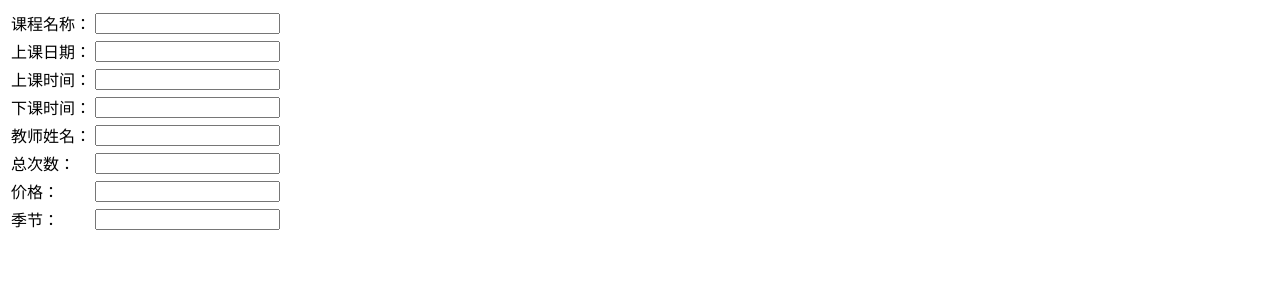
Repository: arkulo56/codeLibrary
Page: http://localhost/firstWeb/addCourse.jsp
These files come from the project's save history. The page is drawn as it stood at one moment and after the next save; the edit follows.
The browser window is 1280 px wide. The pictures show the whole page.
The page is served by Tomcat 9. Other server files are loaded and not shown.

Above is the page before, as saved 2016-04-21 08:22:19.

### java/firstWeb/WebContent/addCourse.jsp
<%@page import="java.text.SimpleDateFormat"%>
<%@ page language="java" contentType="text/html; charset=UTF-8"
    pageEncoding="UTF-8"%>
<%@ page import="java.util.*,model.*,action.*" %>
<!DOCTYPE html PUBLIC "-//W3C//DTD HTML 4.01 Transitional//EN" "http://www.w3.org/TR/html4/loose.dtd">
<html>
<head>
<meta http-equiv="Content-Type" content="text/html; charset=UTF-8">
<title>Insert title here</title>
</head>
<body>
<form action="addDeal.jsp" method="post">
<table>
<tr>
	<td>课程名称：</td>
	<td><input type="text" name="name" /></td>
</tr>
<tr>
	<td>上课日期：</td>
	<td><input type="text" name="classDate" /></td>
</tr>
<tr>
	<td>上课时间：</td>
	<td><input type="text" name="startTime" /></td>
</tr>
<tr>
	<td>下课时间：</td>
	<td><input type="text" name="endTime" /></td>
</tr>
<tr>
	<td>教师姓名：</td>
	<td><input type="text" name="teacher" /></td>
</tr>
<tr>
	<td>总次数：</td>
	<td><input type="text" name="classNumber" /></td>
</tr>
<tr>
	<td>价格：</td>
	<td><input type="text" name="price" /></td>
</tr>
<tr>
	<td>季节：</td>
	<td><input type="text" name="season" /></td>
</tr>

</table>
</form>
</body>
</html>

After the next save:
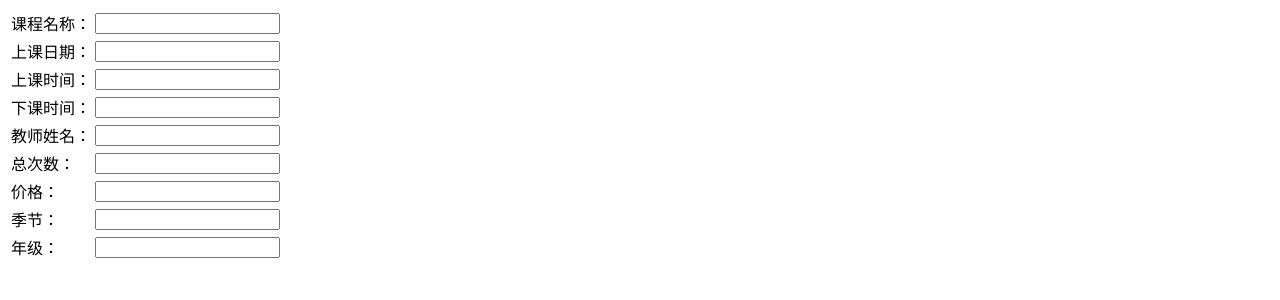
Saved 17 s later.
--- a/java/firstWeb/WebContent/addCourse.jsp
+++ b/java/firstWeb/WebContent/addCourse.jsp
@@ -43,6 +43,10 @@
 	<td>季节：</td>
 	<td><input type="text" name="season" /></td>
 </tr>
+<tr>
+	<td>年级：</td>
+	<td><input type="text" name="classDate" /></td>
+</tr>
 
 </table>
 </form>
